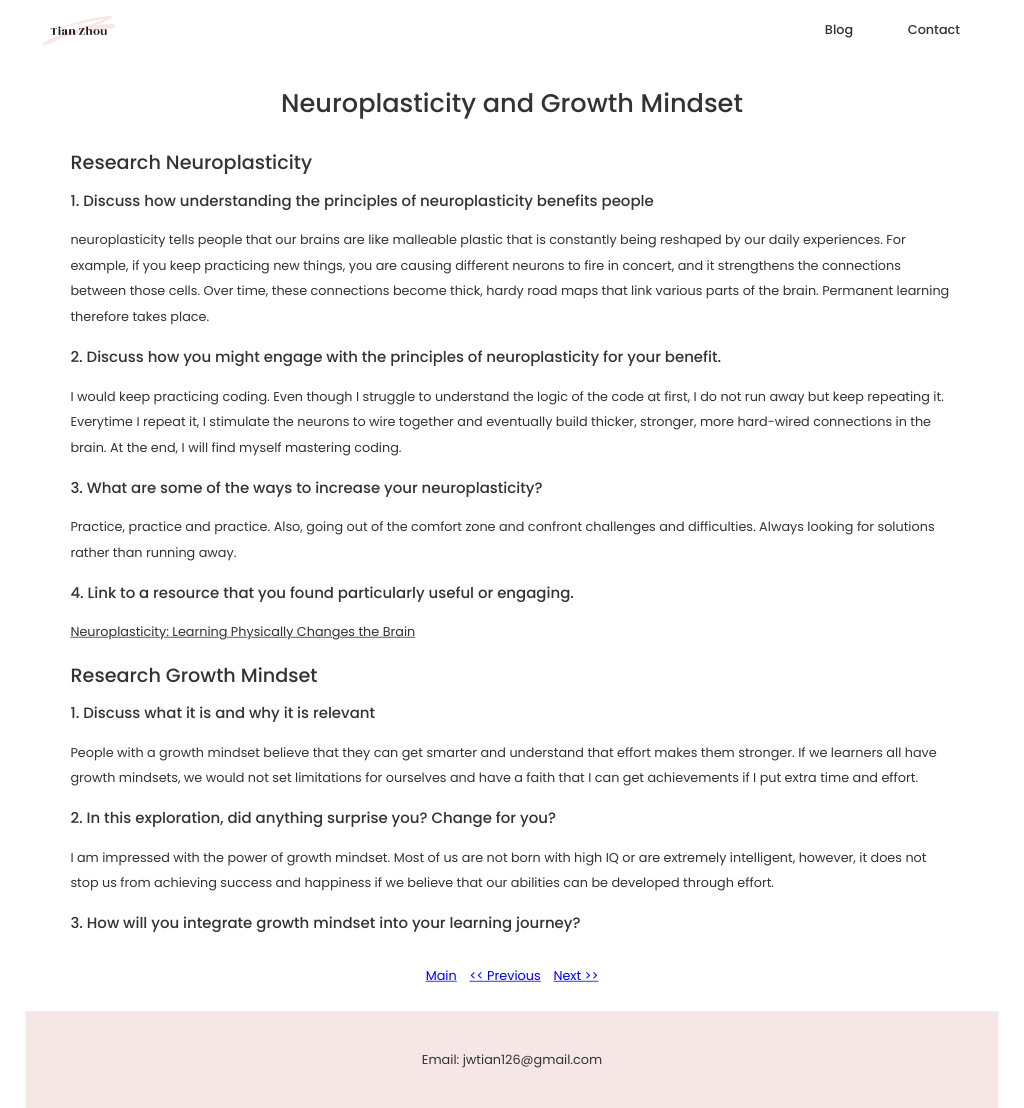
Repository: Tiaanz/Tiaanz.github.io
Page: blog/neuroplasticity.html
These files come from the project's save history. The page is drawn as it stood at one moment and after the next save; the edit follows.
The browser window is 1280 px wide. The pictures show the whole page, at 80% of full size.

Above is the page before, as saved 2023-01-30 14:36:47.

After the next save:
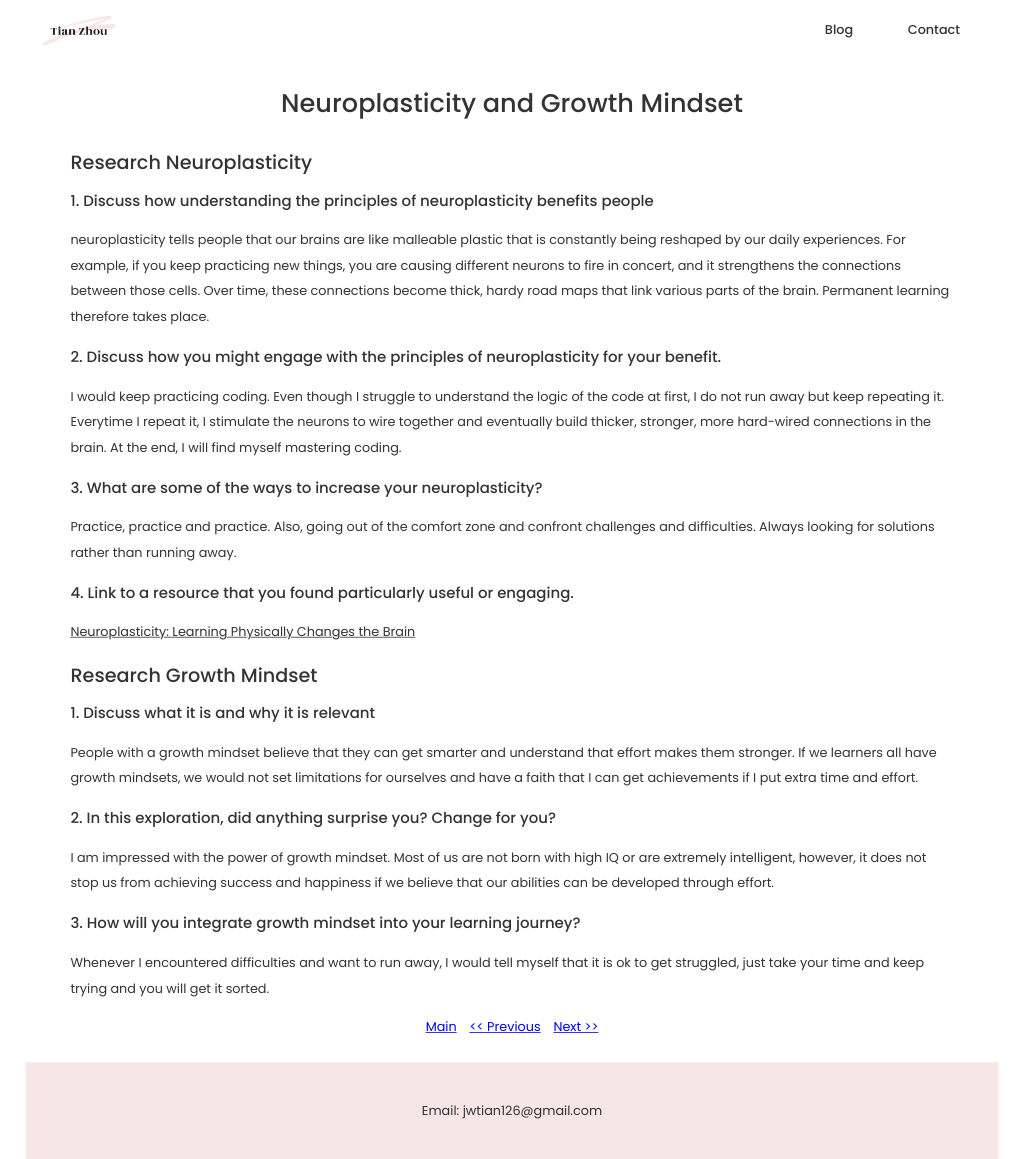
Saved 9 s later.
--- a/blog/neuroplasticity.html
+++ b/blog/neuroplasticity.html
@@ -44,7 +44,7 @@
             <h3>2. In this exploration, did anything surprise you? Change for you?</h3>
             <p>I am impressed with the power of growth mindset. Most of us are not born with high IQ or are extremely intelligent, however, it does not stop us from achieving success and happiness if we believe that our abilities can be developed through effort.</p>
             <h3>3. How will you integrate growth mindset into your learning journey?</h3>
-            <p></p>
+            <p>Whenever I encountered difficulties and want to run away, I would tell myself that it is ok to get struggled, just take your time and keep trying and you will get it sorted.</p>
             <div class="page-nav">
                 <a href="../index.html">Main</a>
                 <a href="./emotional-intelligence.html"> &lt&lt Previous</a>
